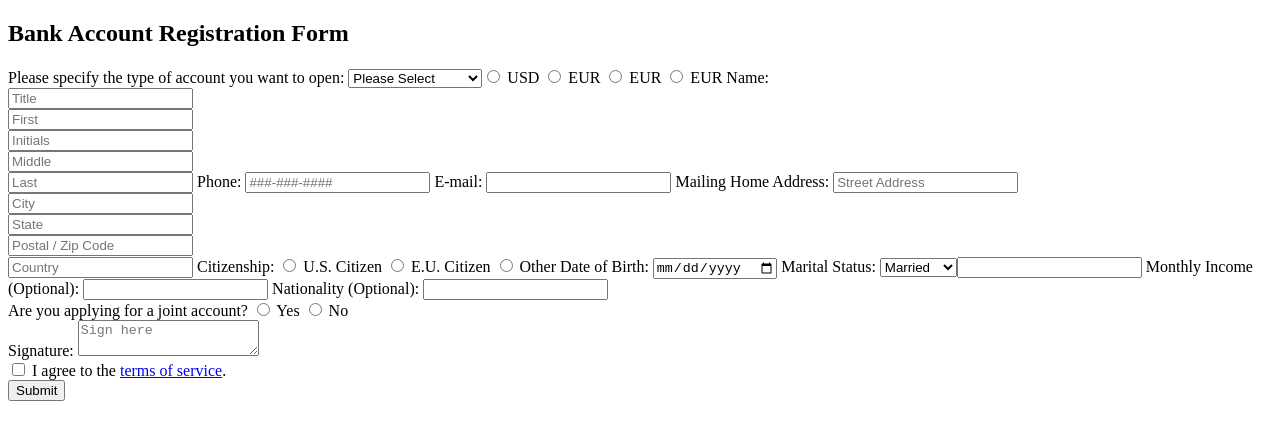
Repository: hizeetech/First-Assignment
Page: sign_up.html
An editor plug-in stored every save of this project. The page is shown before and after the next save, followed by the edit.
The browser window is 1280 px wide. The pictures show the whole page.

Above is the page before, as saved 2024-11-09 01:59:13.

### sign_up.html
<!DOCTYPE html>
<html lang="en">
<head>
    <meta charset="UTF-8">
    <meta name="viewport" content="width=device-width, initial-scale=1.0">
    <title>Bank Account Registration Form</title>

</head>
<body>

    <h2>Bank Account Registration Form</h2>
    <form action="#" method="post">

            <label for="account-type">Please specify the type of account you want to open:</label>
            <select id="account-type" name="account_type" required>
                <option value="">Please Select</option>
                <option value="savings">Savings Account</option>
                <option value="current">Current Account</option>
                <option value="corporate">Corporate Account</option>


            <label>Currency:</label>
            <label><input type="radio" name="currency" value="NGN" required> USD</label>
            <label><input type="radio" name="currency" value="USD"> EUR</label>
            <label><input type="radio" name="currency" value="EUR"> EUR</label>
            <label><input type="radio" name="currency" value="POUNDS"> EUR</label>


            <label for="title">Name:</label>
            <div class="inline"><input type="text" id="title" name="title" placeholder="Title"></div>
            <div class="inline"><input type="text" name="first_name" placeholder="First" required></div>
            <div class="inline"><input type="text" name="initials" placeholder="Initials"></div>
            <div class="inline"><input type="text" name="middle_name" placeholder="Middle"></div>
            <input type="text" name="last_name" placeholder="Last" required>


            <label for="phone">Phone:</label>
            <input type="tel" id="phone" name="phone" placeholder="###-###-####" required>


            <label for="email">E-mail:</label>
            <input type="email" id="email" name="email" required>


            <label for="address">Mailing Home Address:</label>
            <input type="text" id="address" name="address" placeholder="Street Address" required>
            <div class="inline"><input type="text" name="city" placeholder="City" required></div>
            <div class="inline"><input type="text" name="state" placeholder="State" required></div>
            <div class="inline"><input type="text" name="postal_code" placeholder="Postal / Zip Code" required></div>
            <input type="text" name="country" placeholder="Country" required>


            <label>Citizenship:</label>
            <label><input type="radio" name="citizenship" value="US" required> U.S. Citizen</label>
            <label><input type="radio" name="citizenship" value="EU"> E.U. Citizen</label>
            <label><input type="radio" name="citizenship" value="other"> Other</label>


            <label for="dob">Date of Birth:</label>
            <input type="date" id="dob" name="dob" required>


            <label for="marital-status">Marital Status:</label>
            <select id="marital-status" name="marital_status" required>
                <option value="married">Married</option>
                <option value="single">Single</option>
                <option value="divorced">Divorced</option>
                <option value="widowed">Widowed</option>

            <label for="employer">Employer (Optional):</label>
            <input type="text" id="employer" name="employer">


            <label for="income">Monthly Income (Optional):</label>
            <input type="text" id="income" name="monthly_income">


            <label for="nationality">Nationality (Optional):</label>
            <input type="text" id="nationality" name="nationality">
        </div>
        <div class="form-group joint-account">
            <label>Are you applying for a joint account?</label>
            <label><input type="radio" name="joint_account" value="yes"> Yes</label>
            <label><input type="radio" name="joint_account" value="no"> No</label>
        </div>

        <!-- Signature and Terms -->
        <div class="form-group">
            <label for="signature">Signature:</label>
            <textarea id="signature" name="signature" placeholder="Sign here" rows="2" required></textarea>
        </div>
        <div class="form-group terms">
            <input type="checkbox" id="terms" name="terms" required>
            <label for="terms">I agree to the <a href="#">terms of service</a>.</label>
        </div>

        <!-- Submit Button -->
        <button type="submit" class="submit-btn">Submit</button>
    </form>
</div>

</body>
</html>

After the next save:
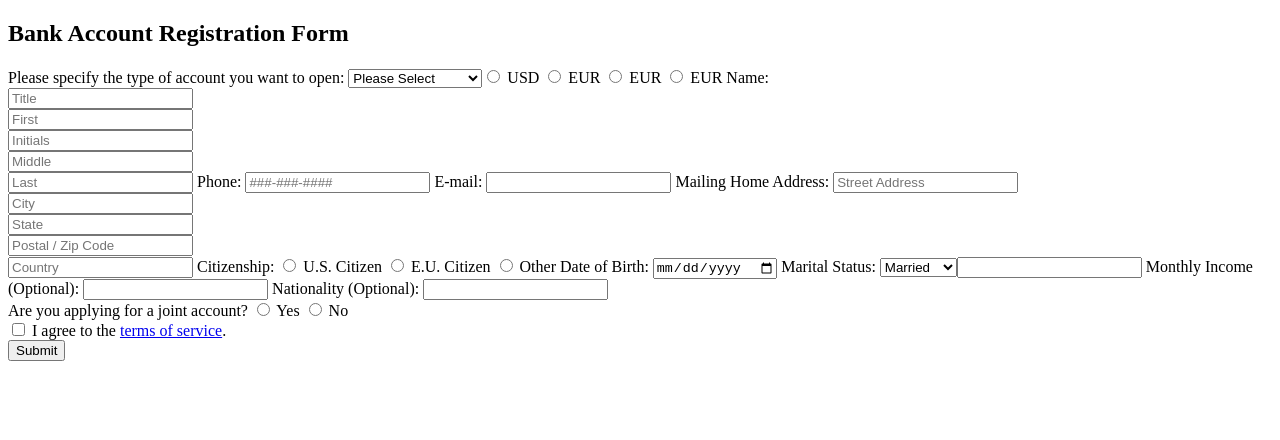
Saved 58 s later.
--- a/sign_up.html
+++ b/sign_up.html
@@ -82,13 +82,7 @@
             <label>Are you applying for a joint account?</label>
             <label><input type="radio" name="joint_account" value="yes"> Yes</label>
             <label><input type="radio" name="joint_account" value="no"> No</label>
-        </div>
 
-        <!-- Signature and Terms -->
-        <div class="form-group">
-            <label for="signature">Signature:</label>
-            <textarea id="signature" name="signature" placeholder="Sign here" rows="2" required></textarea>
-        </div>
         <div class="form-group terms">
             <input type="checkbox" id="terms" name="terms" required>
             <label for="terms">I agree to the <a href="#">terms of service</a>.</label>
